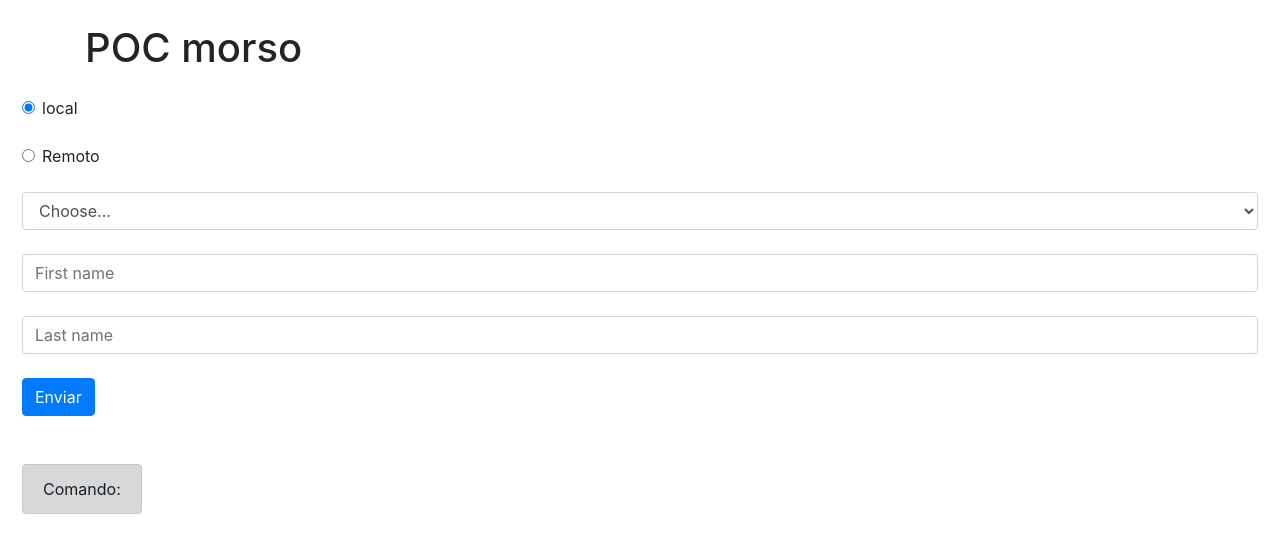
Repository: marisaoliva/poc-execute-cmd
Page: index.html
An editor plug-in stored every save of this project. The page is shown before and after the next save, followed by the edit.
The browser window is 1280 px wide. The pictures show the whole page.

Above is the page before, as saved 2019-03-01 15:03:07.

### index.html
<html>
    <head>
        <link rel="stylesheet" href="https://stackpath.bootstrapcdn.com/bootstrap/4.3.1/css/bootstrap.min.css" integrity="sha384-ggOyR0iXCbMQv3Xipma34MD+dH/1fQ784/j6cY/iJTQUOhcWr7x9JvoRxT2MZw1T" crossorigin="anonymous">
    </head>
    <body>
        <div class='container mt-4'>
            <h1>POC morso</h1>
              <form>
                <div class="mx-md-n5 mt-4">
                    <div class="form-check row mt-4">
                        <input class="form-check-input" type="radio" name="exampleRadios" id="exampleRadios1" value="option1" checked>
                        <label class="form-check-label" for="exampleRadios1">
                                local
                        </label>
                    </div>
                    <div class="form-check row mt-4">
                        <input class="form-check-input" type="radio" name="exampleRadios" id="exampleRadios2" value="option2">
                        <label class="form-check-label" for="exampleRadios2">
                        Remoto
                        </label>
                    </div>
                    <div class='row mt-4'>
                        <select id="inputState" class="form-control">
                            <option selected>Choose...</option>
                            <option>...</option>
                        </select>
                    </div>
                    <div class="row mt-4">
                        <input type="text" class="form-control" placeholder="First name">
                    </div>
                    <div class="row mt-4">
                        <input type="text" class="form-control" placeholder="Last name">
                    </div>
                    <div class='row mt-4'>
                       <button type="button" class="btn btn-primary">Enviar</button>
                    </div>
                    <div class='row mt-5'>
                        <div class="alert alert-dark" role="alert">
                            Comando: <span id='command'></span>
                        </div>
                    </div>
                </div>
              </form>
        </div>
    </body>
</html>

After the next save:
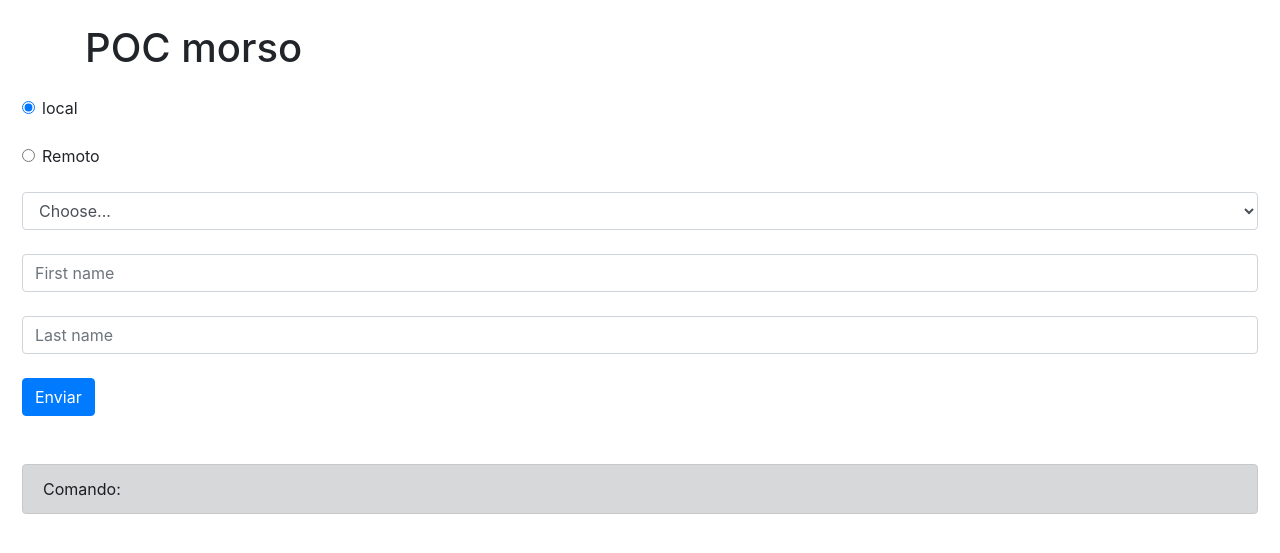
Saved 28 s later.
--- a/index.html
+++ b/index.html
@@ -1,6 +1,11 @@
 <html>
     <head>
         <link rel="stylesheet" href="https://stackpath.bootstrapcdn.com/bootstrap/4.3.1/css/bootstrap.min.css" integrity="sha384-ggOyR0iXCbMQv3Xipma34MD+dH/1fQ784/j6cY/iJTQUOhcWr7x9JvoRxT2MZw1T" crossorigin="anonymous">
+        <style>
+            .alert{
+                width: 100%;
+            }
+        </style>
     </head>
     <body>
         <div class='container mt-4'>
